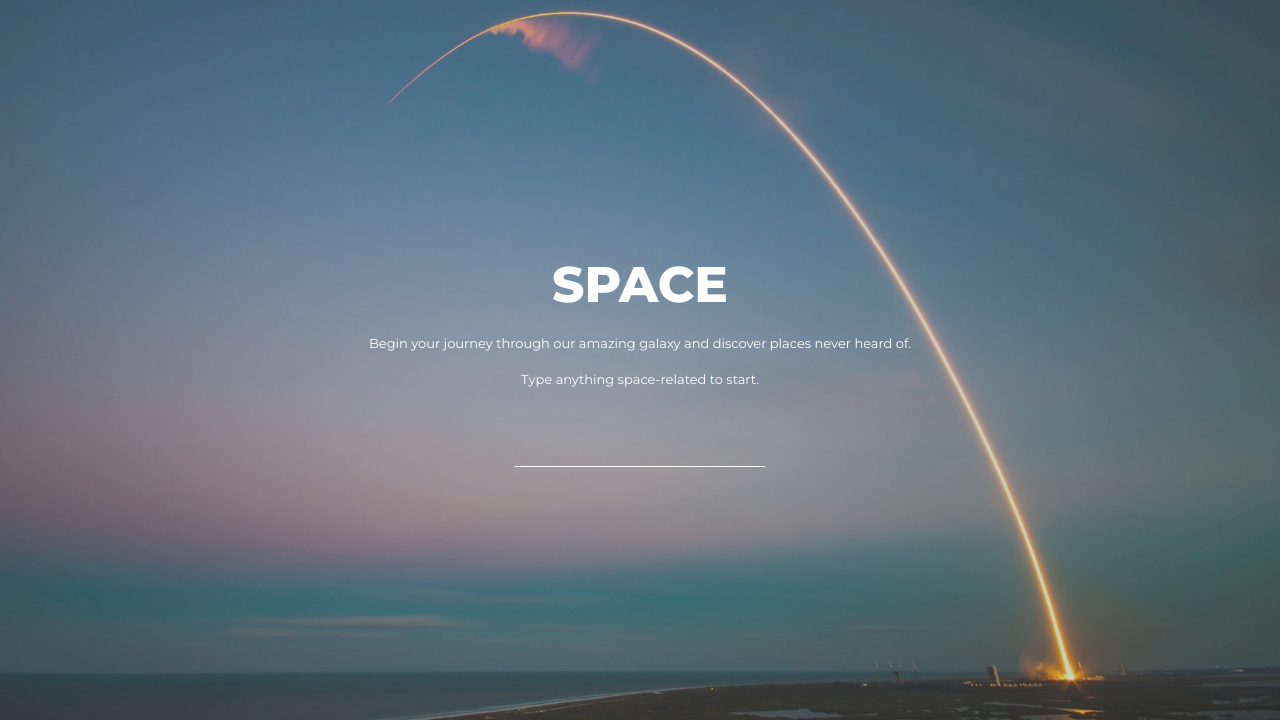
Repository: pmor80/spacer
Page: /
The author's editor kept a copy of each file at every save. The page is drawn from the files as they stood at one save, then again after the next save.
The browser window is 1280 px wide. The pictures show the whole page.
The project was rebuilt for these pictures with package versions that can differ from the ones it lists, and the page was loaded fresh each time.

Above is the page before, as saved 2019-07-02 16:08:13.

### public/index.html
<!DOCTYPE html>
<html lang="en">
  <head>
    <meta charset="utf-8">
    <meta http-equiv="X-UA-Compatible" content="IE=edge">
    <meta name="viewport" content="width=device-width,initial-scale=1.0">
    <link rel="icon" href="<%= BASE_URL %>favicon.ico">
    <title>spacer</title>
  </head>
  <body>
    <noscript>
      <strong>We're sorry but spacer doesn't work properly without JavaScript enabled. Please enable it to continue.</strong>
    </noscript>
    <div id="app"></div>
    <!-- built files will be auto injected -->
  </body>
</html>

### src/main.js
import Vue from 'vue';
import App from './App.vue';

Vue.config.productionTip = false;

new Vue({
  render: h => h(App),
}).$mount('#app');

### src/App.vue
<template>
  <div class="wrapper">
    <HeroImage />
    <Claim />
    <SearchInput />
  </div>
</template>

<script>
import axios from "axios";
import debounce from "lodash.debounce";
import Claim from "@/components/Claim.vue";
import SearchInput from "@/components/SearchInput.vue";
import HeroImage from "@/components/HeroImage.vue";

const API = "https://images-api.nasa.gov/search";

export default {
  name: "App",
  components: {
    HeroImage,
    Claim,
    SearchInput
  },
  data() {
    return {
      searchValue: "",
      results: []
    };
  },
  methods: {
    handleInput: debounce(function() {
      axios
        .get(`${API}?q=${this.searchValue}&media_type=image`)
        .then(response => {
          this.results = response.data.collection.items;
        })
        .catch(err => {
          console.log(err);
        });
    }, 500)
  }
};
</script>

<style lang="scss">
@import url("https://fonts.googleapis.com/css?family=Montserrat:300,400,600,800");

* {
  box-sizing: border-box;
}

body {
  font-family: "Montserrat", sans-serif;
  margin: 0;
  padding: 0;
}

.wrapper {
  margin: 0;
  padding: 30px;
  width: 100%;
  min-height: 100vh;
  display: flex;
  flex-direction: column;
  align-items: center;
  justify-content: center;
}
</style>

### src/components/Claim.vue
<template>
  <div class="claimWrapper">
    <h1 class="claim">SPACE</h1>
    <p
      class="subclaim"
    >Begin your journey through our amazing galaxy and discover places never heard of.</p>
    <p class="subclaim">Type anything space-related to start.</p>
  </div>
</template>

<script>
export default {
  name: "Claim"
};
</script>

<style lang="scss" scoped>
.claimWrapper {
  display: flex;
  flex-direction: column;
  justify-content: center;
  align-items: center;
  text-align: center;
  color: #fff;
}
.claim {
  font-size: 50px;
  margin: 0;
}

.subclaim {
  margin: 20px 0 0 0;
  font-size: 13px;
}
</style>

### src/components/SearchInput.vue
<template>
  <div class="searchWrapper">
    <input id="search" name="search" v-model="searchValue" @input="handleInput" />
  </div>
</template>

<script>
export default {
  name: "SearchInput"
};
</script>

<style lang="scss" scoped>
.searchWrapper {
  margin: 50px 0 0 0;
  display: flex;
  flex-direction: column;
  width: 250px;

  input {
    color: #fff;
    text-align: center;
    font-size: 18px;
    font-weight: 300;
    height: 30px;
    border: 0;
    background: none;
    border-bottom: 1px solid #fff;
    transition: box-shadow 0.5s;
  }
  input:focus {
    outline: none;
    box-shadow: 0 10px 20px -8px rgba(255, 255, 255, 0.3);
  }
}
</style>

### src/components/HeroImage.vue
<template>
  <div class="heroImage"></div>
</template>

<script>
export default {
  name: "HeroImage"
};
</script>

<style lang="scss" scoped>
.heroImage {
  width: 100%;
  height: 100vh;
  position: fixed;
  top: 0;
  z-index: -1;
  justify-content: center;
  background-image: url("../assets/heroimage.jpg");
  background-repeat: no-repeat;
  background-size: cover;
  background-position: 80% 0%;
}
.heroImage::after {
  content: "";
  background: rgba(0, 0, 0, 0.2);
  position: absolute;
  top: 0;
  left: 0;
  z-index: 1;
  width: 100%;
  height: 100vh;
}
</style>

After the next save:
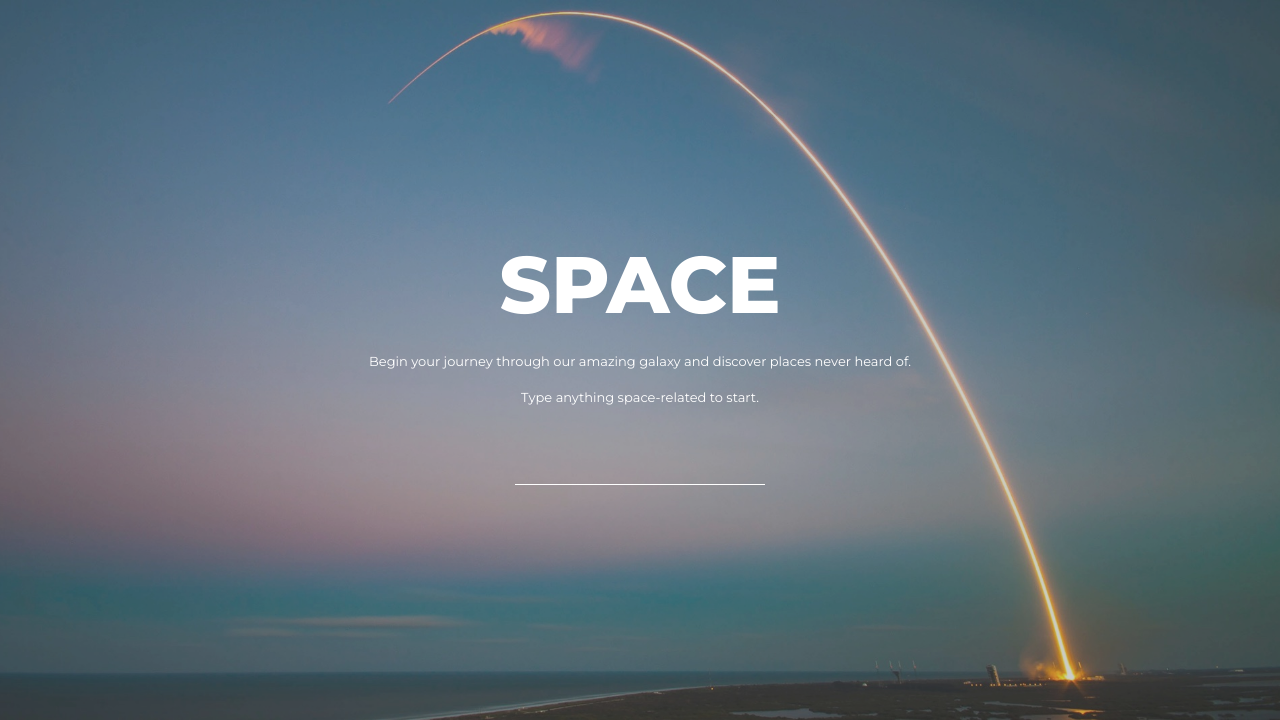
Saved 109 s later.
--- a/src/components/Claim.vue
+++ b/src/components/Claim.vue
@@ -26,6 +26,10 @@ export default {
 .claim {
   font-size: 50px;
   margin: 0;
+
+  @media (min-width: 768px) {
+    font-size: 80px;
+  }
 }
 
 .subclaim {
